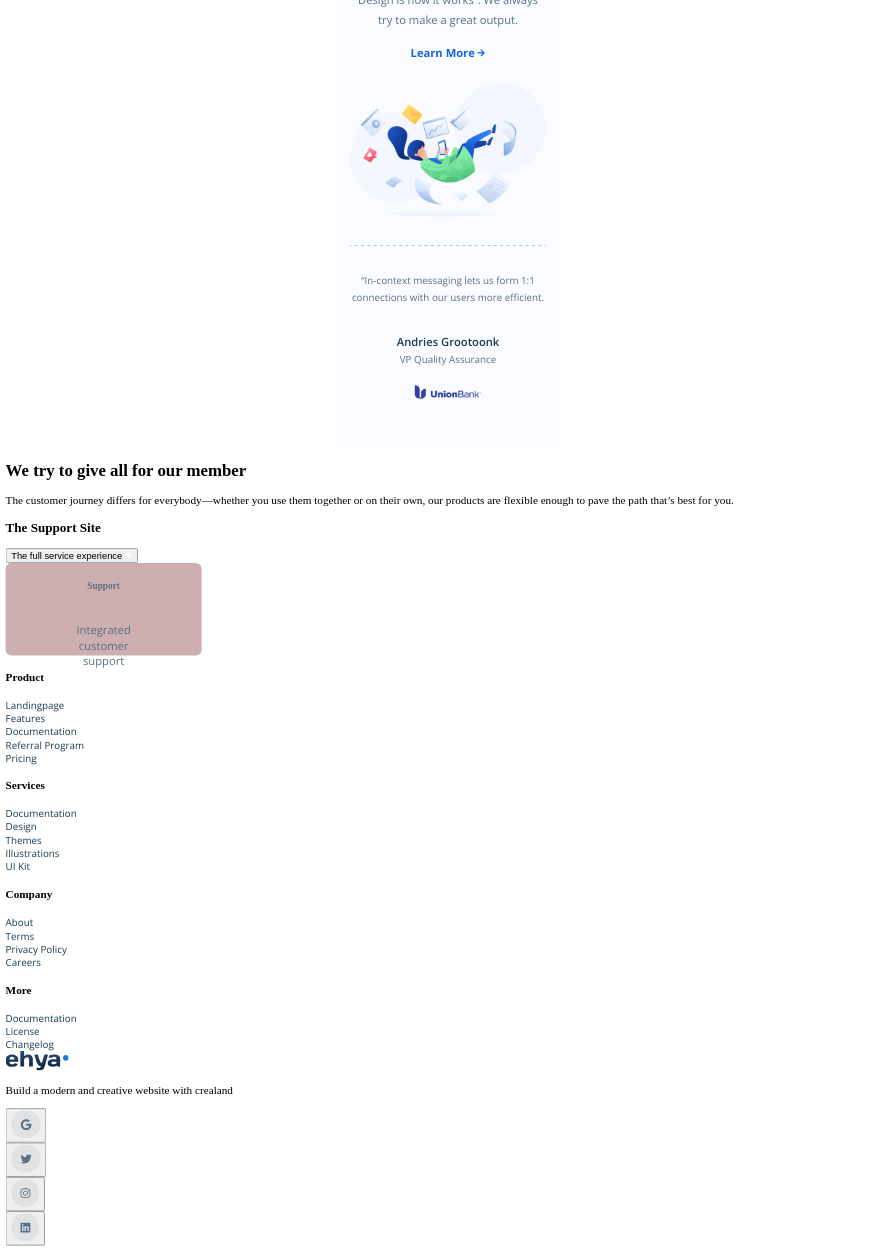
Repository: umlaufissss/provaFront
Page: HTML/index.html
An editor plug-in stored every save of this project. The page is shown before and after a run of saves, followed by the edit.
The browser window is 1280 px wide. The pictures show the part of the page from y = 1875 to 3795 px (the page is 3663 px tall before and 3795 px after), at 70% of full size.
Some web fonts or font styles are not loaded; a fallback is used.

Above is the page before, as saved 2026-06-22 19:36:22.

### HTML/index.html
<!DOCTYPE html>
<html lang="pt-br">
<head>
    <meta charset="UTF-8">
    <meta name="viewport" content="width=device-width, initial-scale=1.0">
    <link rel="stylesheet" href="../CSS/style.css">
    <link href="https://fonts.googleapis.com/css2?family=Inter:ital,opsz,wght@0,14..32,100..900;1,14..32,100..900&family=Montserrat:ital,wght@0,100..900;1,100..900&family=Paytone+One&display=swap" rel="stylesheet">
    <link href="https://fonts.googleapis.com/css2?family=Inter:ital,opsz,wght@0,14..32,100..900;1,14..32,100..900&family=Montserrat:ital,wght@0,100..900;1,100..900&family=Open+Sans:ital,wght@0,300..800;1,300..800&family=Paytone+One&display=swap" rel="stylesheet">

    <title>Prova de Recuperação Front End</title>
</head>
<body>

    <header class="mainGrid">
        <section class="generalCard">

            <section class="topCima">

                <!-- logo -->
                <div class="sonnImg">
                    <img src="/assets/icons/Logo.svg" alt="logo">
                </div>

                <div class="menu">
                    <img src="/assets/icons/ic_Menu (1).svg" alt="menu">
                </div>

            </section>

            <section class="meio">
                <div class="phrase">
                        <h1>Better customer relations starts now<h1>
                </div>

                <div class="card">
                    <p>Your Email here..<p>

                    <button type="button" class="button-submit">Get Started</button>

                </div>

                <div class="imagemTop">
                    <img src="/assets/img/Customer Development.svg" alt="imagemInicio">
                </div>

            </section>




        </section>
    </header>


    <main class="masterBoard">

        <section class="hero" id="teamSuggestions">

            <!-- Aqui a linha não é quebrada como proposto no Figma,
             mas seus valores de width e height são idênticos no CSS
             VEJA: "#teamSuggestions h2" em style.css-->
            <h2>Help your customers and your team</h2>

            <article class="cardSuggestions" id="beOrganized">
                <h3>
                    Be Organized
                </h3>
                <p>
                    Bring traditional files, cloud content,
                    EhyaSpace Paper docs, and web
                    shortcuts together in one
                    place—and work the way that works
                    for you.
                </p>
            </article>

            <img src="../assets/img/Organize Operations.png" alt="Organize Operations with Your Team">

            <article class="cardSuggestions">
                <h3>
                    Stay Focused
                </h3>
                <p>
                    Personalized suggestions give you
                    files and folders when you need
                    them so you spend less time
                    searching the files.
                </p>
            </article>

            <article class="cardSuggestions">
                <h3>Get in Sync</h3>
                <p>
                    Coordinate with your team and push
                    projects forward with the tools you
                    use every day—all within EhyaSpace.
                    That make your drive safe.
                </p>
            </article>
        </section>

    </main>

        <section class="second" id="saveTime">

            <h2>
                Save time efficiently your marketing
            </h2>

            <p>
                Like Steve Jobs quotes, “Design is not
                just what it looks like and feels like.
                Design is how it works”. We always
                try to make a great output.
            </p>

            <a class="btnLearn" href="/">
                <button type="button" aria-label="Click here to learn more">
                    Learn More <img src="../assets/icons/arrow.png">
                </button>
            </a>

            <img class="woman" src="../assets/img/Woman Falling.png" alt="Woman learning marketing">

            <img class="line" id="dotted" src="../assets/img/Line.png">

            <article class="quoteAndries">

                <!-- Aqui a linha não é quebrada como proposto no Figma,
                 mas seus valores de width e height são idênticos no CSS
                 VEJA: "#saveTime .quoteAndries p" em style.css-->
                <p>
                    “In-context messaging lets us form 1:1
                    connections  with our users
                    more efficient.
                </p>

                <h3>Andries Grootoonk</h3>
                <h4>VP Quality Assurance</h4>

                <img src="../assets/img/LogoUnionBank.png" alt="Logo of Union Bank">
            </article>
        </section>

        <section class="third" id="support">
            <h2>We try to give all for our member</h2>
            <p>
                The customer journey differs for
                everybody—whether you use them
                together or on their own, our
                products are flexible enough to pave
                 the path that’s best for you.
            </p>

            <h3>The Support Site</h3>

            <a class="btnSupport" href="/">
                <button type="button" aria-label="Click here to have the full service experience">
                    The full service experience <img src="../assets/icons/whiteArrow.png" alt="White Arrow">
                </button>
            </a>

            <section class="supportOptions">
                <article class="card">
                    <h5>Support</h5>
                    <p>Integrated
                        customer support</p>
                </article>

                <article></article>
                <article></article>
                <article></article>
                <article></article>
                <article></article>
            </section>
        </section>

        <footer class="baseboard">
            <section class="principalBaseboard">
                <div class="cardFooter">
                    <h4>Product</h4>
                    <ul>
                        <li><a href="/">Landingpage</a></li>
                        <li><a href="/">Features</a></li>
                        <li><a href="/">Documentation</a></li>
                        <li><a href="/">Referral Program</a></li>
                        <li><a href="/">Pricing</a></li>
                    </ul>
                </div>

                <div class="cardFooter">
                    <h4>Services</h4>
                    <ul>
                        <li><a href="/">Documentation</a></li>
                        <li><a href="/">Design</a></li>
                        <li><a href="/">Themes</a></li>
                        <li><a href="/">Illustrations</a></li>
                        <li><a href="/">UI Kit</a></li>
                    </ul>
                </div>

                <div class="cardFooter">
                    <h4>Company</h4>
                    <ul>
                        <li><a href="/">About</a></li>
                        <li><a href="/">Terms</a></li>
                        <li><a href="/">Privacy Policy</a></li>
                        <li><a href="/">Careers</a></li>
                    </ul>
                </div>

                <div class="cardFooter">
                    <h4>More</h4>
                    <ul>
                        <li><a href="/">Documentation</a></li>
                        <li><a href="/">License</a></li>
                        <li><a href="/">Changelog</a></li>
                    </ul>
                </div>
            </section>

            <section class="bottomBaseboard">

                <div class="mainIcon">
                    <img src="/assets/icons/Logo.svg" alt="Logo 'ehya' do site">
                </div>

                <p>Build a modern and creative website with crealand</p>

                <div class="networkIcons">
                    <article class="icon">
                        <a href="/"><button><img src="/assets/icons/IconG.svg" alt="Ir para página Google"></button></a>
                    </article>

                    <article class="icon">
                        <a href="/"><button><img src="/assets/icons/IconT.svg" alt="Ir para nosso perfil do Twitter"></button></a>
                    </article>

                    <article class="icon">
                        <a href="/"><button><img src="/assets/icons/IconI.svg" alt="Ir para nosso perfil do Instagram"></button></a>
                    </article>

                    <article class="icon">
                        <a href="/"><button><img src="/assets/icons/IconL.svg" alt="Ir para nosso perfil do Linkedin"></button></a>
                    </article>

                    </div>
                </section>
        </footer>
</body>
</html>

### CSS/style.css
:root
{
    --color-white: #FFF;
    --color-vibrant-green: #36B37E;
    --color-bright-gray: #F9FBFE;
    --color-brigther-gray: #F9FBFE;
    --color-navy-blue: #183B56;
    --color-vibrant-dark-blue: #1565D8;
    --color-steel-blue: #5A7184;
    --color-gray: #B3BAC5;
    --color-dotted-line: #9DAAB6;
    --color-light-green: #EBF8F3;

    /*Opacidade*/
    --color-steel-blue-opacity10: rgba(179, 186, 197, 0.1);
}

*
{
    box-sizing: border-box;
}

.mainGrid
{
    margin: 0px;
    color: var(--color-light-green);

}

/* logo*/
.soonImg img{
  display: flex;
  justify-content: space-between;
  align-items: center;
  margin:0px;
}


.meio .phrase h1{
    font-family: "Inter" , sans-serif;
    color: #183B56;
    font-weight: 300 ;

    font-family: Inter;
    font-weight: 700;
    font-size: 32px;
    text-align: center;

}

.card{
    display: grid;
    text-align: center;
    background-color: rgb(206, 175, 175);
    color: #5A7184;

    width: 280px;
    height: 132px;
    top: 206px;
    left: 20px;


    border-radius: 8px;
    justify-content: center;
    align-items: center;
}

.card p{
    font-family: "Open Sans";
    height: 28px;
    width: 127px;


}


.card button{
    font-family: Open Sans;
    background-color: #36B37E;
    color: white;

    height: 46px;
    width: 248px;
    border: 0px;
    border-radius: 8px;

    font-weight: 700;
    font-size: 16px;


}

.meio .imagemTop img{
    width: 280px;
    height: 180px;

    margin: 18px 0 18px;

}



.masterBoard
{
    padding: 0 20px;
    background-color: var(--color-white);

    width: 320px;
    justify-self: center;
}

#teamSuggestions
{
    display: flex;
    flex-direction: column;
    justify-self: center;

    padding: 64px 0 56px;
}
#teamSuggestions h2
{
    font-family: "Inter", sans-serif;
    font-weight: 700;
    font-size: 28px;
    line-height: 36px;
    letter-spacing: 0.2px;
    text-align: center;

    color: var(--color-navy-blue);

    margin: 0;

    width: 280px;
    height: 108px;
}

#teamSuggestions .cardSuggestions
{
    width: 280px;
    height: 201px;
    display: flex;
    flex-direction: column;
    justify-content: center;

    margin: 12px 0;
}

#teamSuggestions .cardSuggestions h3
{
    font-family: "Inter",sans-serif;
    font-weight: 700;
    font-size: 16px;
    line-height: 20px;
    letter-spacing: 0.2px;

    color: var(--color-navy-blue);

    margin-left: 20px;
}

#teamSuggestions .cardSuggestions p
{
    font-family: Open Sans;
    font-weight: 400;
    font-size: 14px;
    line-height: 24px;
    letter-spacing: 0px;

    color: var(--color-steel-blue);
    margin-left: 20px;

    width: 240px;
}

#teamSuggestions img
{
    width: 280px;
    height: 180px;

    margin: 18px 0 18px;
}

#teamSuggestions #beOrganized
{

    background-color: var(--color-steel-blue-opacity10);
    border-left: 2px solid var(--color-steel-blue);

    margin: 18px 0;
}

#saveTime
{
    padding: 56px 20px 58px;
    background-color: var(--color-brigther-gray);

    width: 320px;
    display: flex;
    flex-direction: column;
    justify-self: center;
    text-align: center;
}

#saveTime h2
{
    font-family: "Inter", sans-serif;
    font-weight: 700;
    font-size: 28px;
    line-height: 36px;
    letter-spacing: 0.2px;
    text-align: center;

    color: var(--color-navy-blue);

    width: 284px;
    height: 72px;

    margin: 0;
}

#saveTime p
{
    font-family: "Open Sans", sans-serif;
    font-weight: 400;
    font-size: 16px;
    line-height: 28px;
    letter-spacing: 0px;
    text-align: center;

    color: var(--color-steel-blue);

    width: 280px;
    height: 112px;

    margin: 24px 0;
}

#saveTime .btnLearn
{
    display: flex;

    justify-content: center;
    margin-bottom: 34px;

    text-decoration: none;

}

#saveTime .btnLearn button
{
    font-family: "Open Sans", sans-serif;
    font-weight: 700;
    font-size: 16px;
    line-height: 100%;
    letter-spacing: 0px;

    background-color: transparent;
    border: none;
    color: var(--color-vibrant-dark-blue);
}

#saveTime .btnLearn button img
{
    margin-left: x;
}

#saveTime .woman
{
    width: 280px;
    height: 192px;
}

#saveTime #dotted.line
{
    margin: 40px 0 37px;
}

#saveTime .quoteAndries p
{
    font-family: "Open Sans", sans-serif;
    font-weight: 400;
    font-size: 14px;
    line-height: 24px;
    letter-spacing: 0px;
    text-align: center;

    width: 280px;
    height: 72px;

    margin: 0;

    color: var(--color-steel-blue);
}

#saveTime .quoteAndries h3
{
    font-family: "Open Sans", sans-serif;
    font-weight: 600;
    font-size: 16px;
    line-height: 100%;
    letter-spacing: 0px;

    color: var(--color-navy-blue);

    margin: 20px 0 7px;
}

#saveTime .quoteAndries h4
{
    font-family: Open Sans;
    font-weight: 400;
    font-size: 14px;
    line-height: 20px;
    letter-spacing: 0px;
    text-align: center;

    color: var(--color-steel-blue);

    margin: 0 0 20px;
}

#saveTime .quoteAndries img
{
    width: 102.85px;
    height: 34.1px;
}

.cardFooter ul{
    list-style-type: none;
    margin: 15px;
    margin: 0px;
    padding: 0px;

}
.cardFooter a{
    font-family: "Open Sans", sans-serif;
    font-size: 14px;
    color: var(--color-navy-blue);
    text-decoration: none;
}

After the next 3 saves:
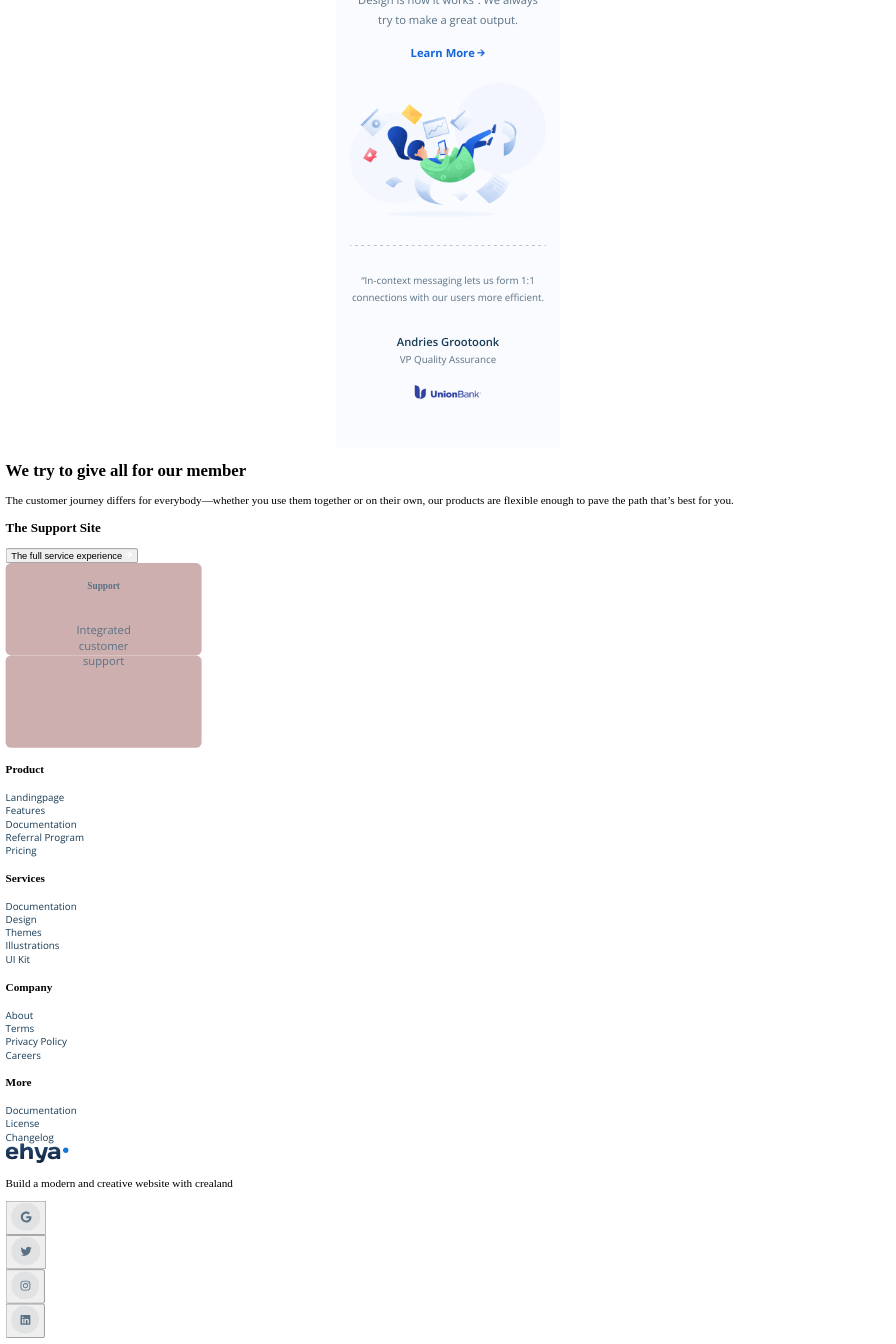
The 3 saves are shown as one change because they came seconds apart.
The last was saved 10 s later.
--- a/HTML/index.html
+++ b/HTML/index.html
@@ -167,7 +167,9 @@
                         customer support</p>
                 </article>
 
-                <article></article>
+                <article class="card">
+
+                </article>
                 <article></article>
                 <article></article>
                 <article></article>
